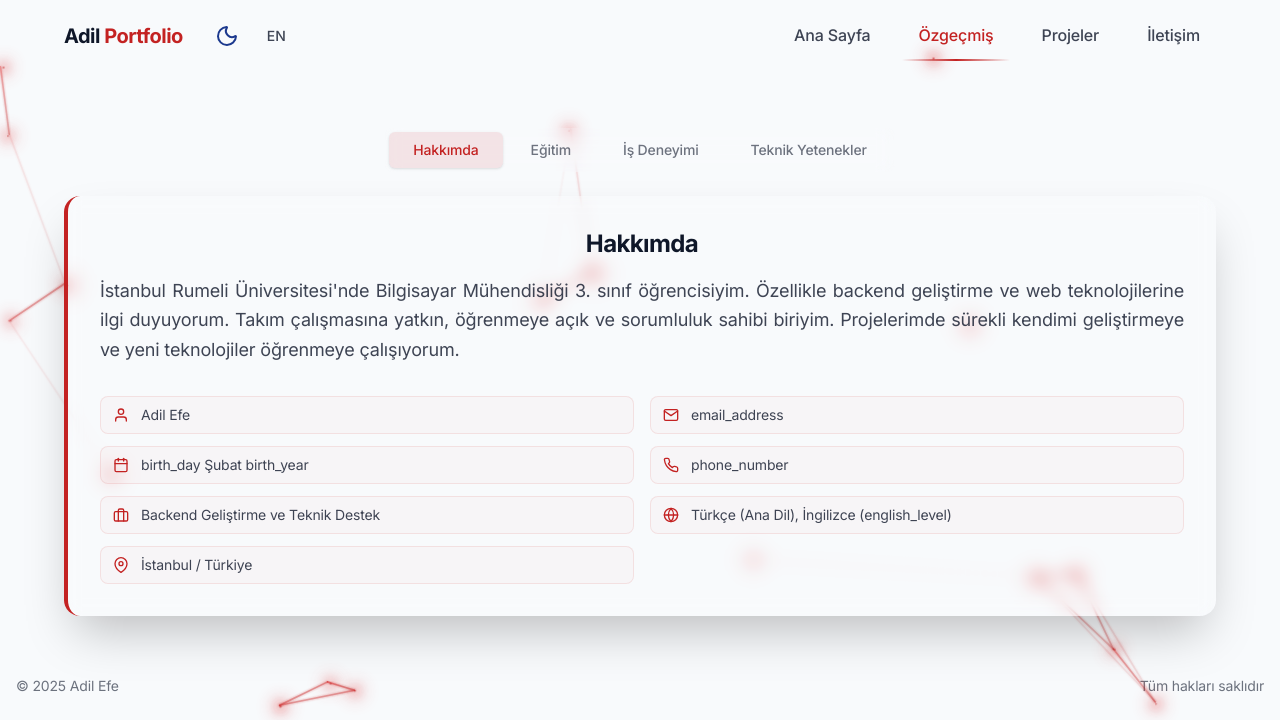
Repository: jusiann/personal-portfolio
Page: /tr/resume (app in my-portfolio/)
These files come from the project's save history. The page is drawn as it stood at one moment and after the next save; the edit follows.
The browser window is 1280 px wide. The pictures show the whole page.
The project was rebuilt for these pictures with package versions that can differ from the ones it lists, and the page was loaded fresh each time. Also part of the build but not shown: my-portfolio/vite.config.js, my-portfolio/src/components/HomeImage.jsx, my-portfolio/src/components/SocialLinks.jsx, my-portfolio/src/components/HomeCard.jsx, my-portfolio/src/pages/Home.jsx, my-portfolio/src/components/ProjectCard.jsx, my-portfolio/src/pages/Projects.jsx, my-portfolio/src/components/ContactCard.jsx and 2 more.

Above is the page before, as saved 2025-11-23 19:40:06.

After the next save:
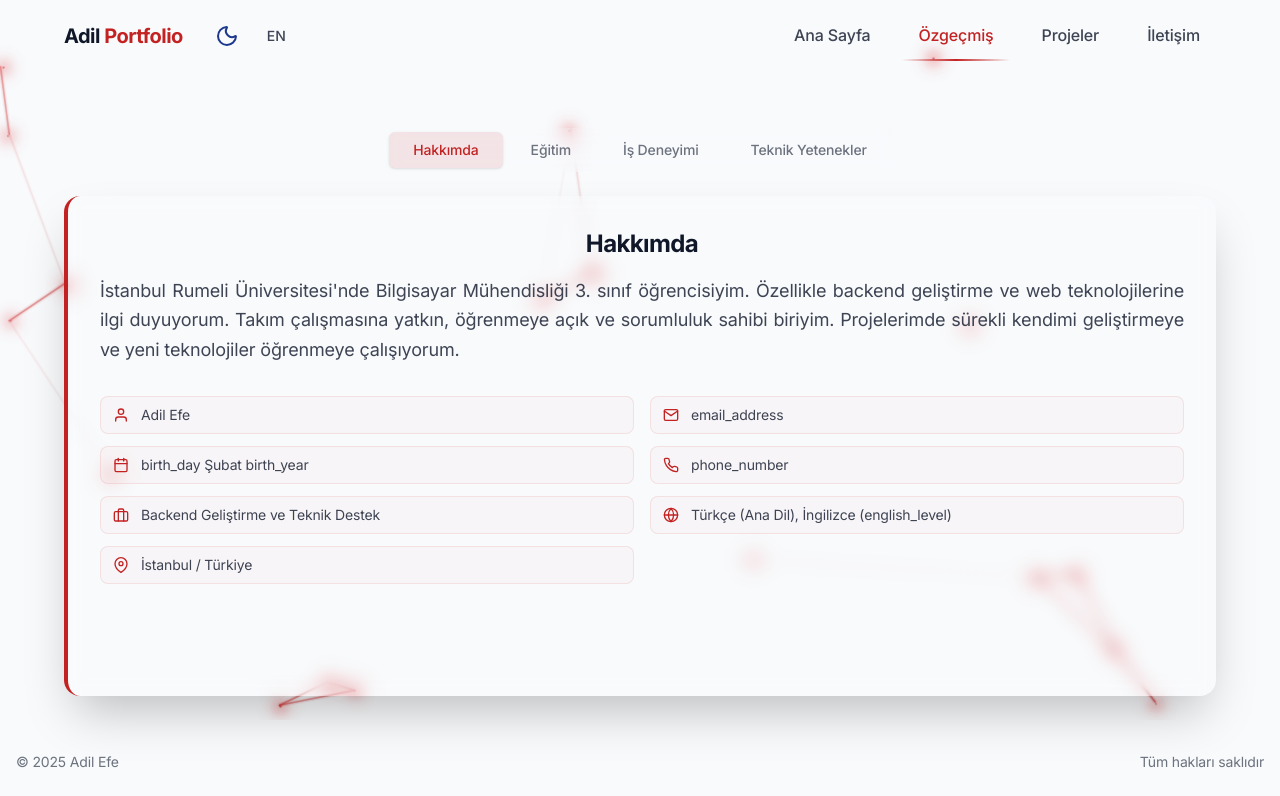
Saved 72 s later.
--- a/my-portfolio/src/components/ResumeCard.jsx
+++ b/my-portfolio/src/components/ResumeCard.jsx
@@ -272,7 +272,7 @@
                     "
                 >
                     {/* Content */}
-                    <div className="p-6 md:p-8 min-h-[400px]">
+                    <div className="p-6 md:p-8 h-[500px] overflow-y-auto">
                         {renderContent()}
                     </div>
                 </div>

After the save that followed:
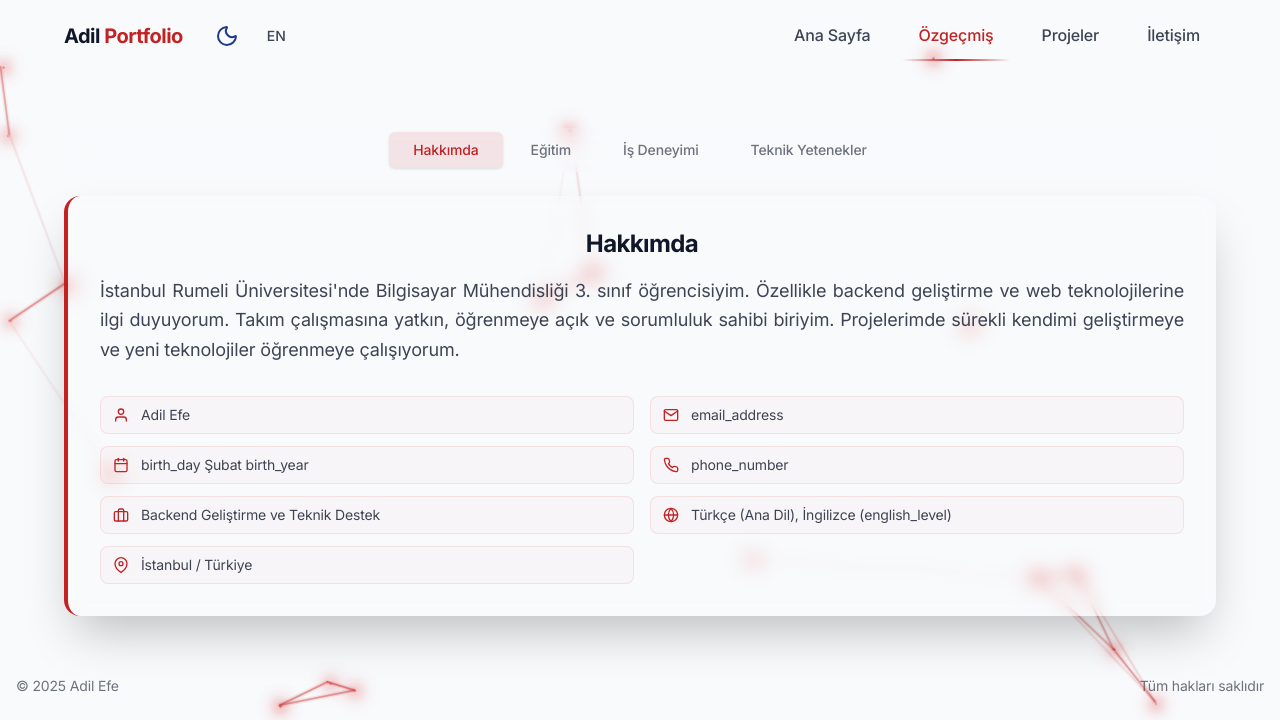
Saved 72 s later.
--- a/my-portfolio/src/components/ResumeCard.jsx
+++ b/my-portfolio/src/components/ResumeCard.jsx
@@ -236,8 +236,8 @@
         <div className="relative w-[90%] mx-auto min-h-[calc(100vh-8rem)] flex flex-col items-center justify-center pt-32 pb-8">
             <div className="w-full max-w-6xl">
                 {/* Tab Navigation */}
-                <div className="sticky top-24 z-20 mb-6 flex justify-center">
-                    <div className="flex flex-col md:inline-flex md:flex-row overflow-x-auto w-full md:w-auto bg-background/20 backdrop-blur-sm rounded-lg p-1 gap-1">
+                <div className="mb-6">
+                    <div className="flex flex-col md:flex-row overflow-x-auto justify-center bg-background/20 backdrop-blur-sm rounded-lg p-1 gap-1">
                         {tabs.map((tab) => (
                             <button
                                 key={tab.id}
@@ -272,7 +272,7 @@
                     "
                 >
                     {/* Content */}
-                    <div className="p-6 md:p-8 h-[500px] overflow-y-auto">
+                    <div className="p-6 md:p-8 min-h-[400px]">
                         {renderContent()}
                     </div>
                 </div>
